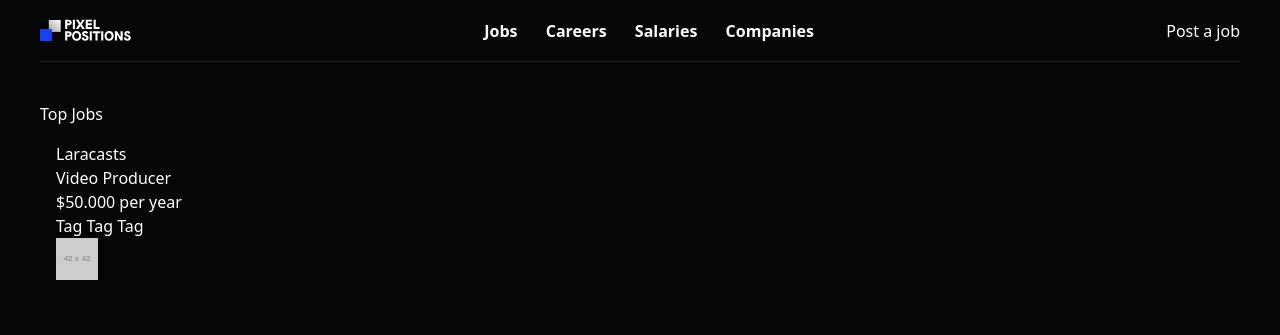
Repository: aggepap/pixel-positions-laravel
Page: http://localhost/
An editor plug-in stored every save of this project. The page is shown before and after a run of saves, followed by the edit.
The browser window is 1280 px wide. The pictures show the whole page.
The page is served by the project's Laravel application, run on PHP 8.4 with Laravel 12. Other server files are loaded and not shown. Style sheets and scripts are compiled from the project's sources, by tool versions that may differ from the author's.

Above is the page before, as saved 2025-02-21 20:35:02.

### resources/views/welcome.blade.php
<x-layout>
    <section>
        <h3>Top Jobs</h3>
        <div class=" p-4">
            <div class="">
                <div>Laracasts</div>
                <div><h3>Video Producer</h3>
                <p>$50.000 per year</p></div>
                <div>
                    <div class="">
                    <a href="#">Tag</a>
                    <a href="#">Tag</a>
                    <a href="#">Tag</a>
                </div>
                    <img src="https://placehold.co/42" alt="">
                </div>
            </div>
        </div>
    </section>
</x-layout>

### resources/views/components/layout.blade.php
<!DOCTYPE html>
<html lang="en">
<head>
  <meta charset="UTF-8">
  <meta name="viewport" content="width=device-width, initial-scale=1.0">
  <title>Pixel Positions</title>
  @vite(['resources/js/app.js', 'resources/css/app.css'])
</head>
<body class="bg-black text-white">
  <div class="px-10">
    <nav class="flex justify-between items-center py-4 border-b border-white/10">
      <div class="">
        <a href="/"> <img src="{{Vite::asset('resources/images/logo.svg')}}" alt="Logo"></a>

      </div>
      <div class="space-x-6 font-bold"><a href="#">Jobs</a>
      <a href="#">Careers</a>
      <a href="#">Salaries</a>
       <a href="#">Companies</a>
      </div>
      <div class=""><a href="#">Post a job</a></div>
    </nav>
    <main class="mt-10 max-w-[986px]">{{$slot}}</main>
  </div>
</body>
</html>

### resources/images/logo.svg
<svg width="92" height="29" viewBox="0 0 92 29" fill="none" xmlns="http://www.w3.org/2000/svg">
    <path fill="url(#eq4u6l1jfa)" d="M8.787 4.021h11.877v11.877H8.787z"/>
    <path fill="#1544EF" d="M0 13.107h11.877v11.877H0z"/>
    <path d="M25.16 13V3.653h3.285c2.159 0 3.245.899 3.245 2.75 0 1.863-1.113 2.842-3.245 2.842H27.25V13H25.16zm2.091-5.686h.979c.858 0 1.354-.134 1.354-.885 0-.71-.429-.845-1.354-.845h-.979v1.73zM32.846 13V3.653h2.106V13h-2.106zm2.988 0 3.044-4.64-3.057-4.707h2.521L40.34 6.9l1.998-3.246h2.508L41.788 8.36 44.846 13h-2.521l-1.998-3.124L38.355 13h-2.52zm9.872 0V3.653h6.276v1.931h-4.17v1.61h3.969v1.944h-3.97v1.931h4.17V13h-6.275zm7.936 0V3.653h2.105v7.416h3.836V13h-5.941zM25.16 24.574v-9.347h3.285c2.159 0 3.245.898 3.245 2.75 0 1.863-1.113 2.842-3.245 2.842H27.25v3.755H25.16zm2.091-5.686h.979c.858 0 1.354-.134 1.354-.885 0-.71-.429-.845-1.354-.845h-.979v1.73zm9.367 5.927c-2.71 0-4.573-1.971-4.573-4.908 0-2.95 1.864-4.921 4.573-4.921 2.735 0 4.586 1.957 4.586 4.921 0 2.95-1.878 4.908-4.586 4.908zm0-2.011c1.515 0 2.467-1.113 2.467-2.897 0-1.797-.952-2.91-2.467-2.91-1.502 0-2.468 1.086-2.468 2.91 0 1.81.966 2.897 2.468 2.897zm8.63 1.97c-1.944 0-3.472-1.166-3.754-2.95l2.092-.522c.094 1.1.764 1.609 1.703 1.609.684 0 1.247-.335 1.247-1.046 0-.43-.429-.751-1.65-1.247-1.997-.805-2.721-1.542-2.721-2.977 0-1.556 1.22-2.655 3.057-2.655 1.3 0 2.347.603 2.95 1.81l-1.743 1.086c-.282-.684-.738-1.032-1.274-1.032-.483 0-.885.308-.885.75 0 .456.362.778 1.703 1.301 2.011.778 2.655 1.449 2.655 2.776 0 1.85-1.475 3.098-3.38 3.098zm4.478-.2v-9.347h2.106v9.347h-2.106zm5.724 0v-7.416h-2.736v-1.931h7.59v1.931h-2.722v7.416H55.45zm5.735 0v-9.347h2.105v9.347h-2.105zm7.91.241c-2.71 0-4.573-1.971-4.573-4.908 0-2.95 1.864-4.921 4.573-4.921 2.735 0 4.586 1.957 4.586 4.921 0 2.95-1.878 4.908-4.586 4.908zm0-2.011c1.515 0 2.467-1.113 2.467-2.897 0-1.797-.952-2.91-2.467-2.91-1.502 0-2.468 1.086-2.468 2.91 0 1.81.966 2.897 2.468 2.897zm11.487-7.577h2.105v9.347h-2.159l-3.513-5.726v5.726h-2.106v-9.347h2.146l3.527 5.7v-5.7zm6.848 9.548c-1.945 0-3.473-1.167-3.755-2.95l2.092-.523c.094 1.1.764 1.609 1.703 1.609.684 0 1.247-.335 1.247-1.046 0-.43-.429-.751-1.65-1.247-1.997-.805-2.721-1.542-2.721-2.977 0-1.556 1.22-2.655 3.057-2.655 1.3 0 2.347.603 2.95 1.81l-1.743 1.086c-.282-.684-.738-1.032-1.274-1.032-.483 0-.885.308-.885.75 0 .456.362.778 1.703 1.301 2.011.778 2.655 1.449 2.655 2.776 0 1.85-1.475 3.098-3.38 3.098z" fill="#fff"/>
    <defs>
        <linearGradient id="eq4u6l1jfa" x1="20.5" y1="4" x2="8" y2="16.5" gradientUnits="userSpaceOnUse">
            <stop stop-color="#fff"/>
            <stop offset="1" stop-color="#999"/>
        </linearGradient>
    </defs>
</svg>

### tailwind.config.js
import defaultTheme from "tailwindcss/defaultTheme";

/** @type {import('tailwindcss').Config} */
export default {
    content: [
        "./vendor/laravel/framework/src/Illuminate/Pagination/resources/views/*.blade.php",
        "./storage/framework/views/*.php",
        "./resources/**/*.blade.php",
        "./resources/**/*.js",
        "./resources/**/*.vue",
    ],
    theme: {
        extend: {
            fontFamily: {
                sans: ["Figtree", ...defaultTheme.fontFamily.sans],
            },
            colors: {
                black: "#060606",
            },
        },
    },
    plugins: [],
};

Loaded but not shown: app/Providers/AppServiceProvider.php (common file); routes/web.php (common file); resources/css/app.css (common file)

After the next 3 saves:
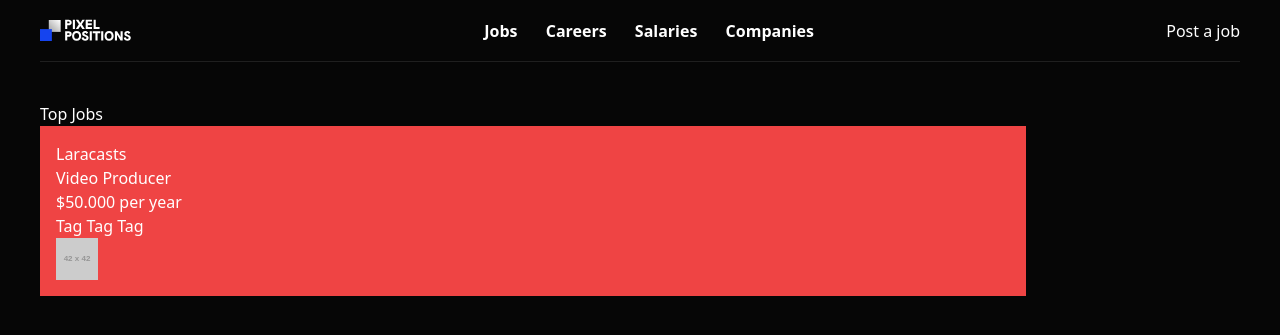
The 3 saves are shown as one change because they came seconds apart.
The last was saved 7 s later.
--- a/resources/views/welcome.blade.php
+++ b/resources/views/welcome.blade.php
@@ -1,7 +1,7 @@
 <x-layout>
     <section>
         <h3>Top Jobs</h3>
-        <div class=" p-4">
+        <div class=" p-4 bg-red-500">
             <div class="">
                 <div>Laracasts</div>
                 <div><h3>Video Producer</h3>
